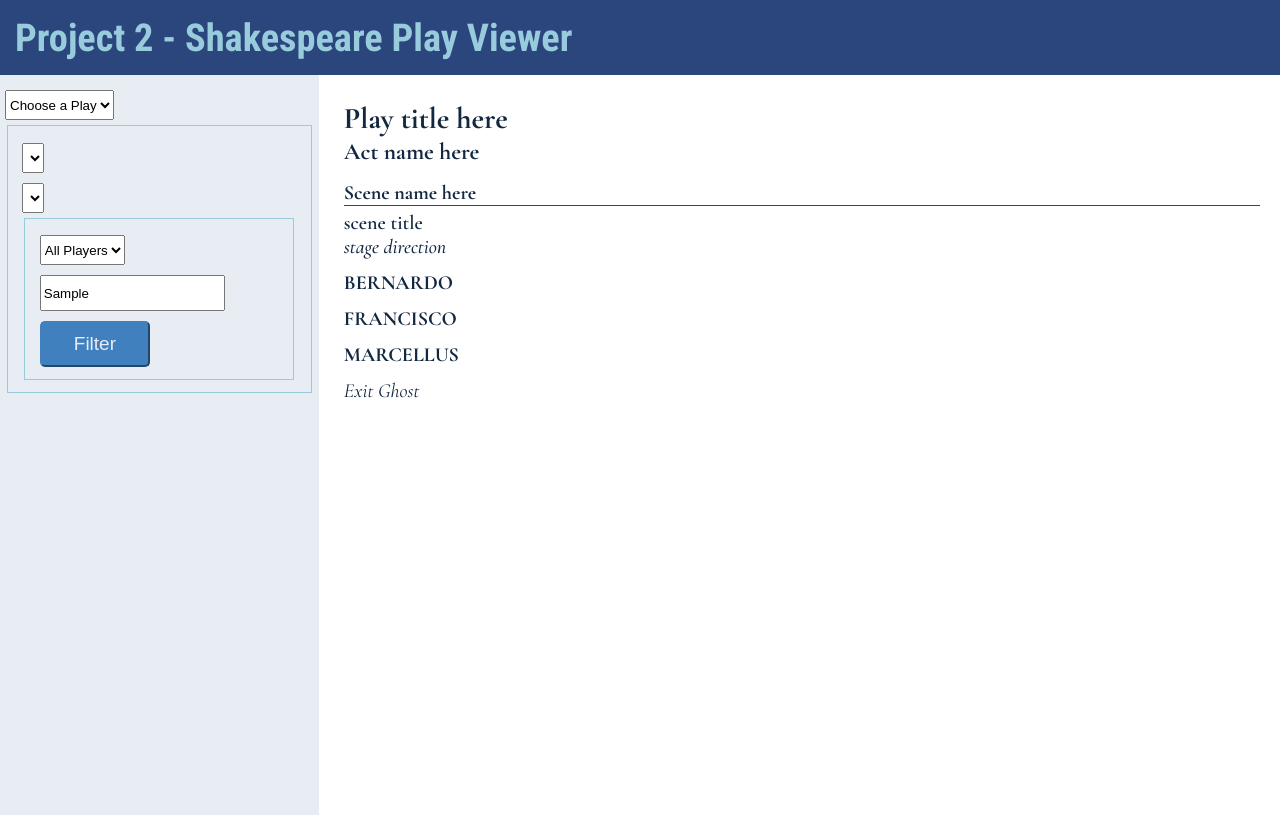
Repository: nsriv531/web3lab
Page: starting_files/ch10-proj02.html
The author's editor kept a copy of each file at every save. The page is drawn from the files as they stood at one save, then again after the next save.
The browser window is 1280 px wide. The pictures show the whole page.
Empty fields were first filled with sample values (such as "Sample", 5 or name@example.com).
After loading, the first visible `#btnHighlight` was clicked once.

Above is the page before, as saved 2024-01-31 22:23:18.

After the next save:
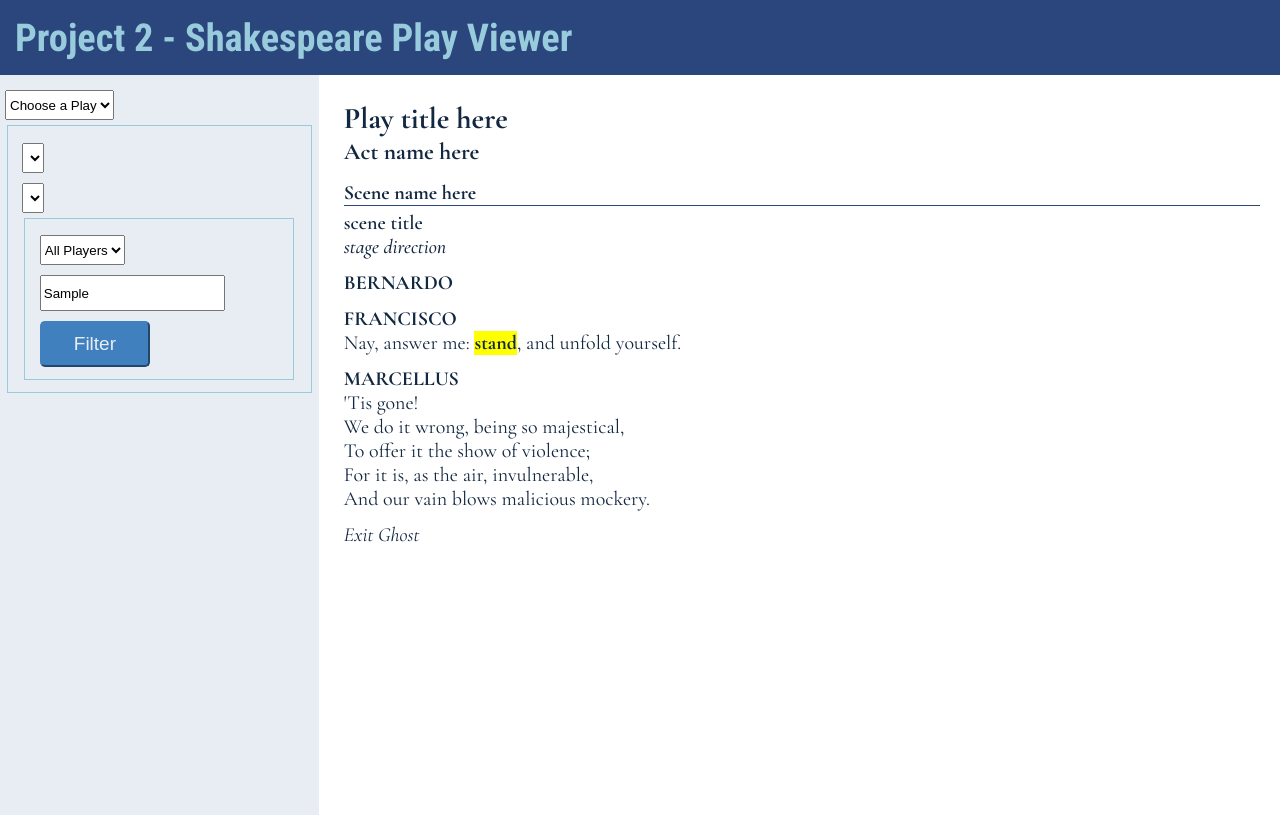
Console error: ReferenceError: index is not defined
Saved 111 s later.
--- a/starting_files/ch10-proj02.js
+++ b/starting_files/ch10-proj02.js
@@ -45,8 +45,10 @@
 
                 // Highlight matching text
                 if (filterText !== '') {
-                    let index = text.indexOf(filterText);
-                    while (index !== -1) {
+                    let startIndex = 0;
+                    let textContent = paragraph.textContent;
+
+                    while ((index = textContent.toLowerCase().indexOf(filterText, startIndex)) > -1) {
                         // Create a range to select the matched text
                         const range = document.createRange();
                         range.setStart(paragraph.firstChild, index);
@@ -58,13 +60,12 @@
                         span.style.backgroundColor = 'yellow';
                         range.surroundContents(span);
 
-                        // Move the index to the end of the highlighted text
-                        index = text.indexOf(filterText, index + filterText.length);
+                        // Move the startIndex to the end of the highlighted text
+                        startIndex = index + filterText.length;
                     }
                 }
             });
         });
-
 
          // Add change event handler to playList select
          playListSelect.addEventListener('change', function() {

After the save that followed:
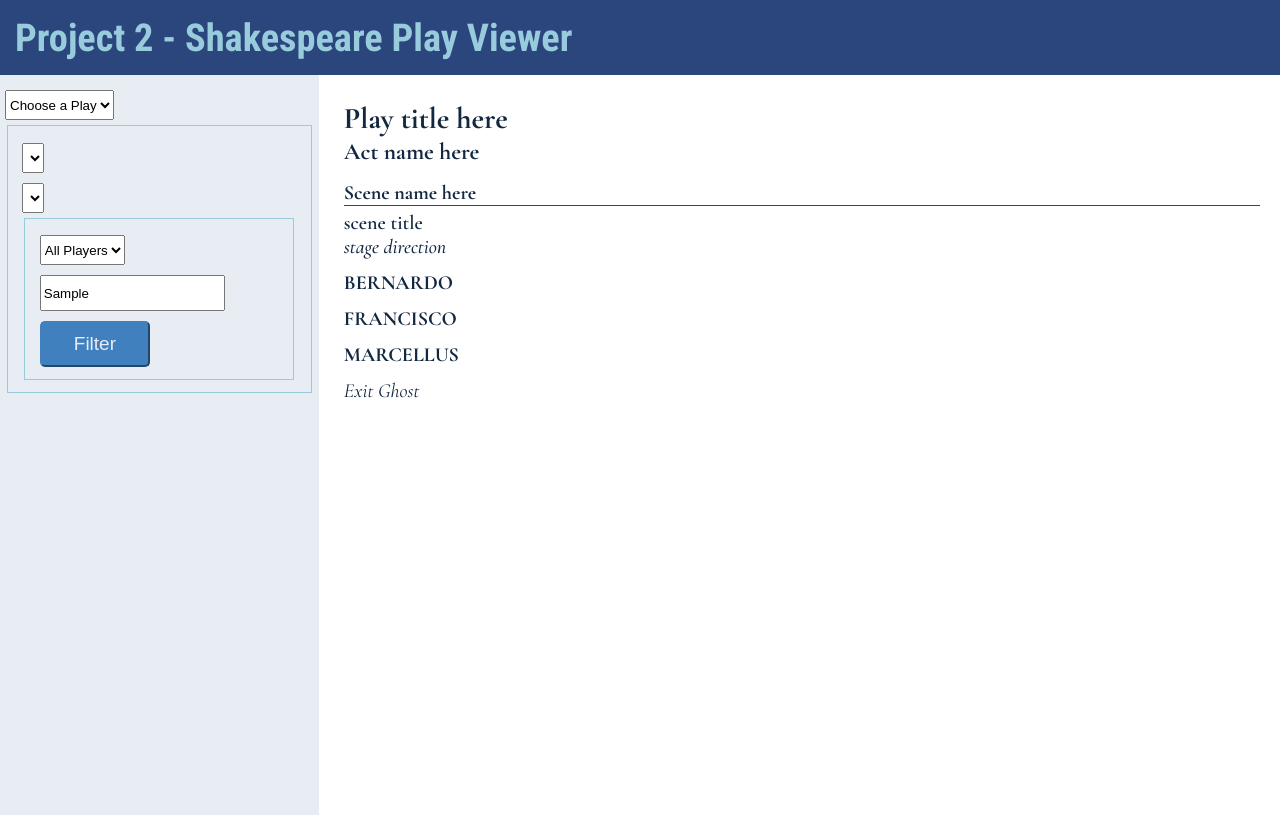
The error is gone.
Saved 76 s later.
--- a/starting_files/ch10-proj02.js
+++ b/starting_files/ch10-proj02.js
@@ -47,6 +47,7 @@
                 if (filterText !== '') {
                     let startIndex = 0;
                     let textContent = paragraph.textContent;
+                    let index; // Declare index here
 
                     while ((index = textContent.toLowerCase().indexOf(filterText, startIndex)) > -1) {
                         // Create a range to select the matched text
